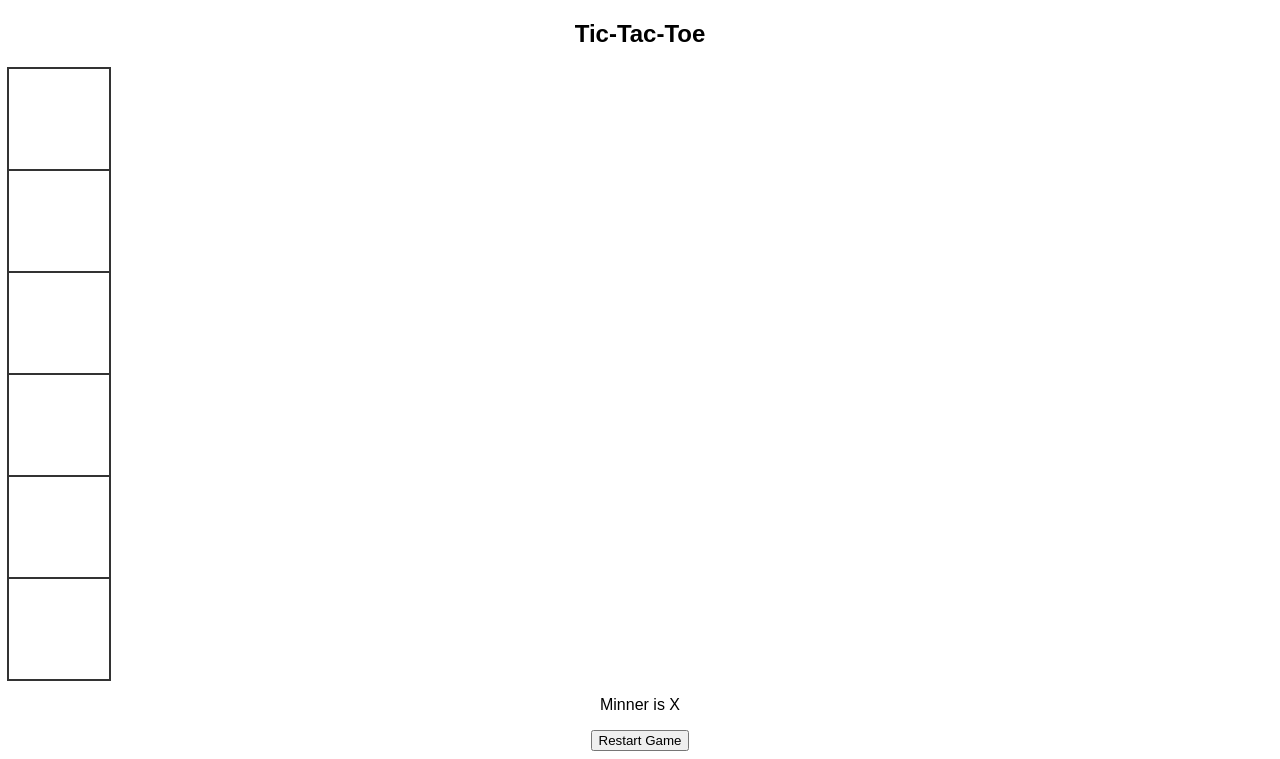
Repository: sedashahnazaryan/tic-tac-too
Page: index.html
An editor plug-in stored every save of this project. The page is shown before and after the next save, followed by the edit.
The browser window is 1280 px wide. The pictures show the whole page.

Above is the page before, as saved 2022-01-31 17:54:11.

### index.html
<!DOCTYPE html>
<html lang="en">
<head>
    <meta charset="UTF-8">
    <meta http-equiv="X-UA-Compatible" content="IE=edge">
    <meta name="viewport" content="width=device-width, initial-scale=1.0">
    <link rel="stylesheet" href="./index.css">
<title><Tic-Tac-Toe></title>

</head>
<body>
    <section>
        <h1>Tic-Tac-Toe</h1>

    <div class="game-container">
        <div class="wrapper">
        <div class="ceil ceil-index-0"></div>
        <div class=" ceil ceil-index-1"></div>
        <div class=" ceil ceil-index-2"></div>
        <div class="ceil ceil-index-3"></div>
        <div class="ceil ceil-index-4"></div>

        <div class="ceil ceil-index-5"></div>
     </div>
    </div>
    <p class="message">Minner is X</p>
    <button>Restart Game</button>
</section>
    <script src="index.js"></script>
</body>
</html>

### index.css
body {
    font-family: "Arial", sans-serif;
  }
section{
  text-align: center;

}
.game-contanier{
margin-top: 10px ;
display:grid;
grid-template-columns:repeat (3, auto);
width: 300px;
margin: 50px auto;
align-items: center;
justify-content: center;

}

    .ceil {
        font-family: "Permanent Marker", cursive;
        width: 100px;
        height: 100px;
        box-shadow: 0 0 0 1px #333333;
        border: 1px solid #333333;
        cursor: pointer;
        line-height: 100px;
        font-size: 60px;
      }

Loaded but not shown: index.js (no copy from this time; the picture is the same without it)

After the next save:
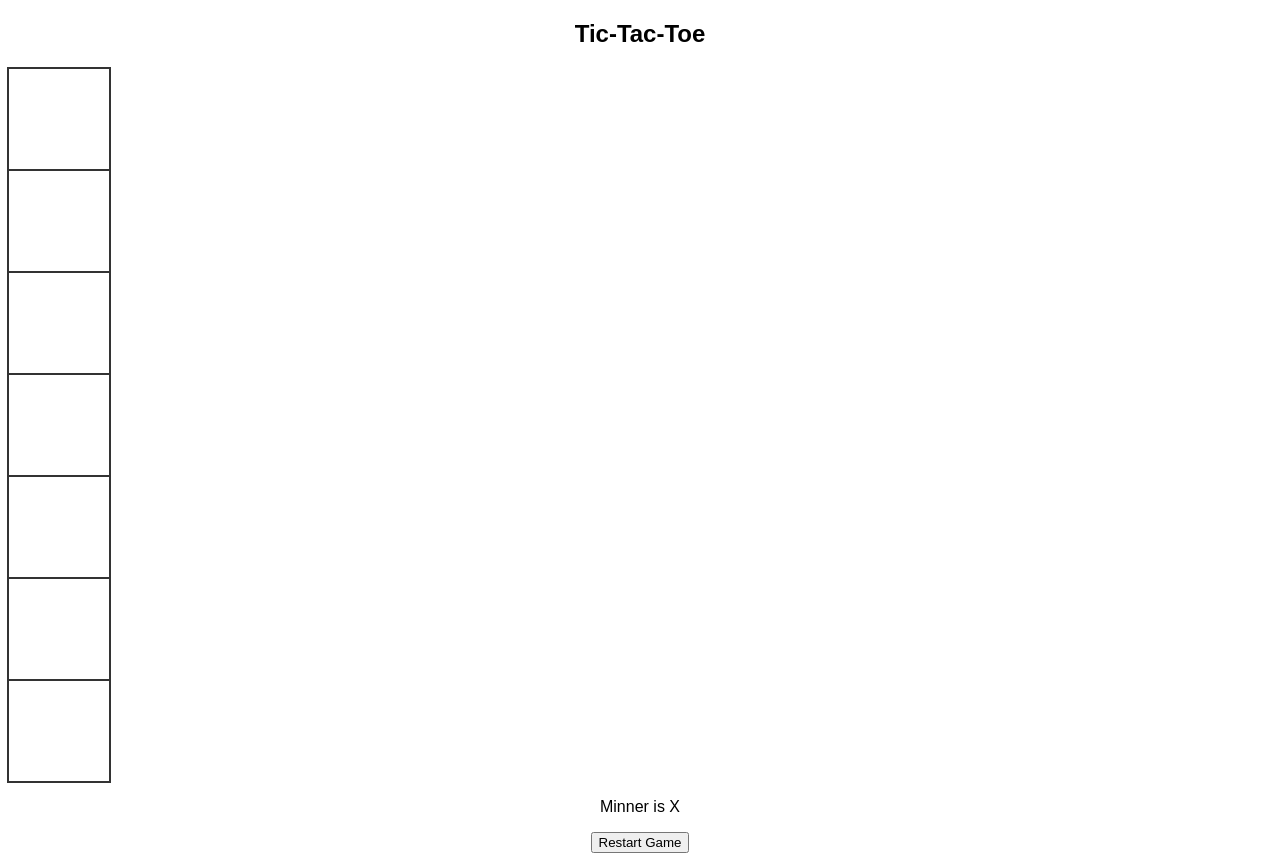
Saved 4 s later.
--- a/index.html
+++ b/index.html
@@ -19,7 +19,7 @@
         <div class=" ceil ceil-index-2"></div>
         <div class="ceil ceil-index-3"></div>
         <div class="ceil ceil-index-4"></div>
-
+        <div class="ceil ceil-index-5"></div>
         <div class="ceil ceil-index-5"></div>
      </div>
     </div>
